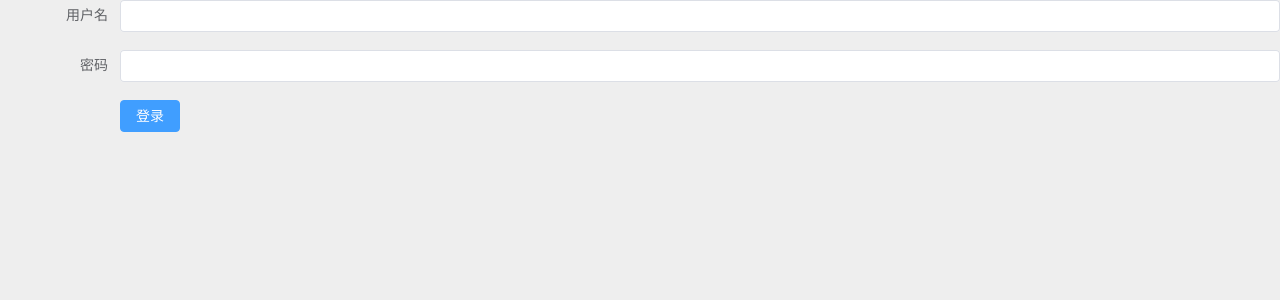
Repository: secret47/test-office-demo
Page: /
The author's editor kept a copy of each file at every save. The page is drawn from the files as they stood at one save, then again after a run of saves.
The browser window is 1280 px wide. The pictures show the whole page.
The project was rebuilt for these pictures with package versions that can differ from the ones it lists, and the page was loaded fresh each time. Also part of the build but not shown: vite.config.js.

Above is the page before, as saved 2024-10-28 10:51:44.

After the next 2 saves:
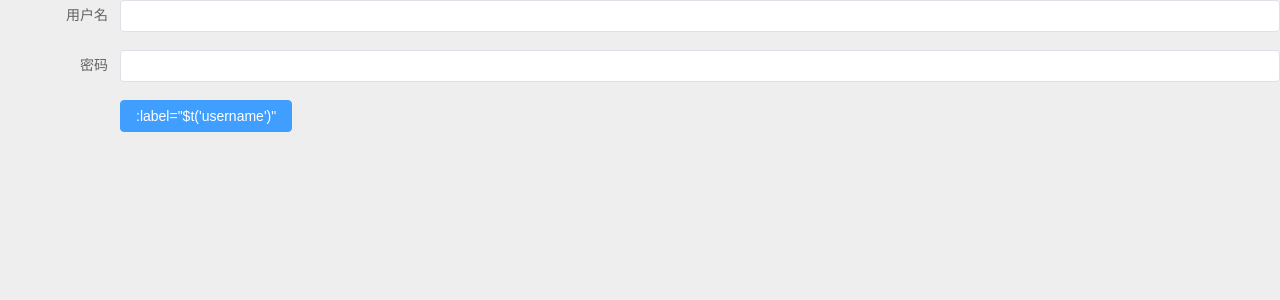
The 2 saves are shown as one change because they came seconds apart.
The last was saved 11 s later.
--- a/src/views/login.vue
+++ b/src/views/login.vue
@@ -4,11 +4,11 @@
             <el-form-item :label="$t('username')">
                 <el-input v-model="userInfo.username" />
             </el-form-item>
-            <el-form-item label="密码">
+            <el-form-item :label="$t('password')">
                 <el-input v-model="userInfo.password" />
             </el-form-item>
             <el-form-item>
-                <el-button type="primary">登录</el-button>
+                <el-button type="primary">:label="$t('username')"</el-button>
             </el-form-item>
         </el-form>
     </div>

After the 3 saves that followed:
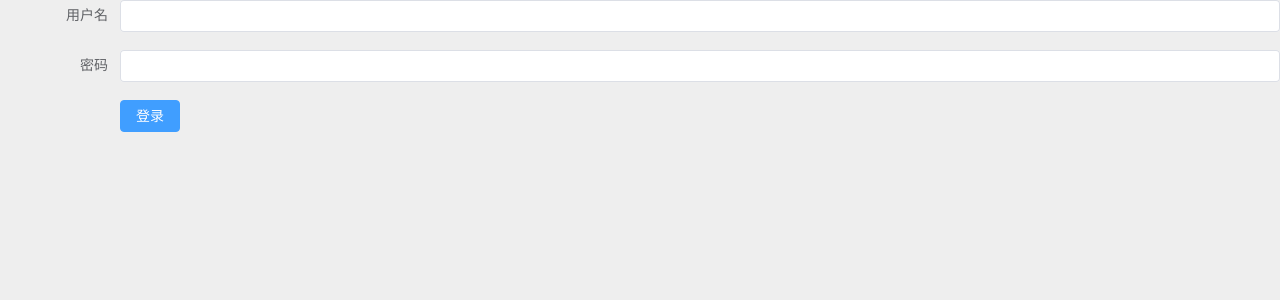
The 3 saves are shown as one change because they came seconds apart.
The last was saved 16 s later.
--- a/src/views/login.vue
+++ b/src/views/login.vue
@@ -8,7 +8,7 @@
                 <el-input v-model="userInfo.password" />
             </el-form-item>
             <el-form-item>
-                <el-button type="primary">:label="$t('username')"</el-button>
+                <el-button type="primary">{{ $t('login') }}</el-button>
             </el-form-item>
         </el-form>
     </div>
@@ -16,7 +16,7 @@
 <script setup>
 import { reactive, ref } from 'vue'
 const userInfo = reactive({
-    username:"",
-    password:""
+    username: "",
+    password: ""
 })
 </script>
